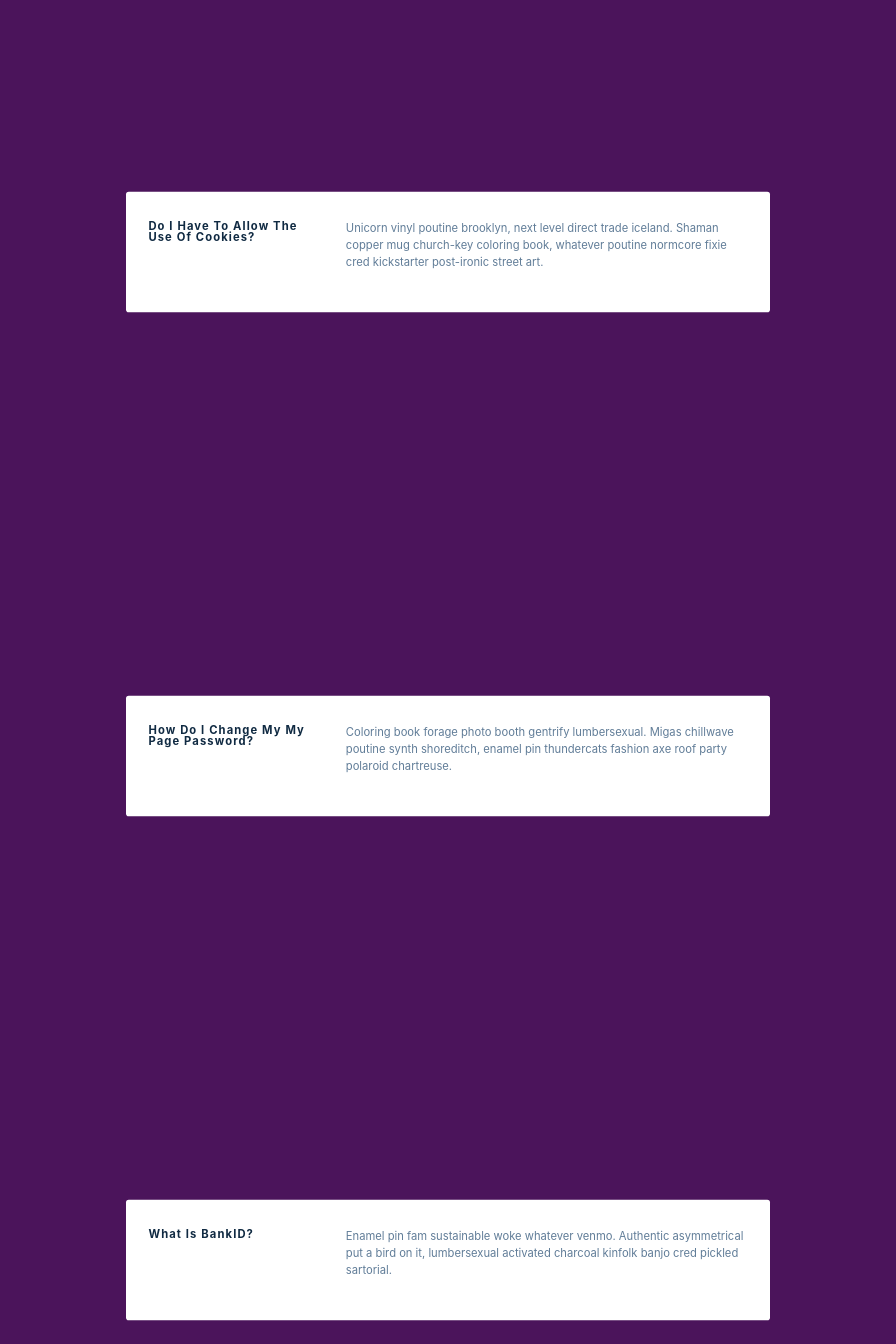
Repository: Reghanoid/Accordion
Page: /
These files come from the project's save history. The page is drawn as it stood at one moment and after the next save; the edit follows.
The browser window is 1280 px wide. The pictures show the part of the page from y = 0 to 1920 px (the page is 3600 px tall), at 70% of full size.
The project was rebuilt for these pictures with package versions that can differ from the ones it lists, and the page was loaded fresh each time.

Above is the page before, as saved 2022-06-06 15:03:44.

### src/App.js
import React, { useState } from 'react'
import data from './data'
import SingleQuestion from './Question'
function App() {
  return (
    <div>
      {data.map((datum) => (
        <SingleQuestion key={datum.id} title={datum.title} info={datum.info} />
      ))}
    </div>
  )
}

export default App

### src/data.js
const questions = [
  {
    id: 1,
    title: 'Do I have to allow the use of cookies?',
    info:
      'Unicorn vinyl poutine brooklyn, next level direct trade iceland. Shaman copper mug church-key coloring book, whatever poutine normcore fixie cred kickstarter post-ironic street art.',
  },
  {
    id: 2,
    title: 'How do I change my My Page password?',
    info:
      'Coloring book forage photo booth gentrify lumbersexual. Migas chillwave poutine synth shoreditch, enamel pin thundercats fashion axe roof party polaroid chartreuse.',
  },
  {
    id: 3,
    title: 'What is BankID?',
    info:
      'Enamel pin fam sustainable woke whatever venmo. Authentic asymmetrical put a bird on it, lumbersexual activated charcoal kinfolk banjo cred pickled sartorial.',
  },
  {
    id: 4,
    title: 'Whose birth number can I use?',
    info:
      'Edison bulb direct trade gentrify beard lo-fi seitan sustainable roof party franzen occupy squid. Knausgaard cronut succulents, scenester readymade shabby chic lyft. Copper mug meh vegan gentrify.',
  },
  {
    id: 5,
    title: 'When do I recieve a password ordered by letter?',
    info:
      'Locavore franzen fashion axe live-edge neutra irony synth af tilde shabby chic man braid chillwave waistcoat copper mug messenger bag. Banjo snackwave blog, microdosing thundercats migas vaporware viral lo-fi seitan ',
  },
]
export default questions

### src/Question.js
import React, { useState } from 'react'
import { AiOutlineMinus, AiOutlinePlus } from 'react-icons/ai'
const Question = (props) => {
  return (
    <main>
      <div className='container'>
        <h4> {props.title} </h4>
        <p> {props.info} </p>
      </div>
    </main>
  )
}

export default Question

Loaded but not shown: public/index.html (common file); src/index.js (common file); src/index.css (common file)

After the next save:
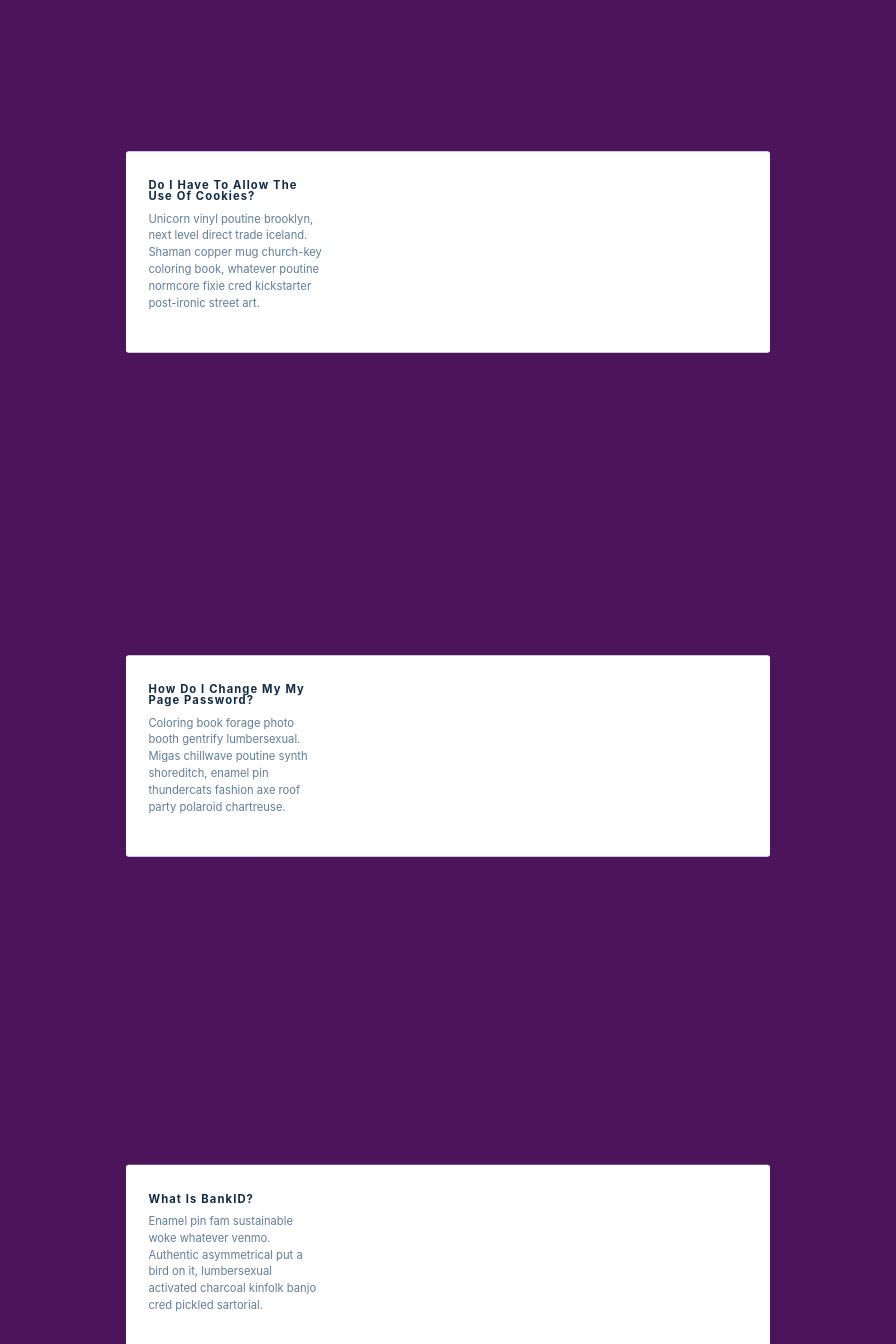
Saved 82 s later.
--- a/src/Question.js
+++ b/src/Question.js
@@ -4,8 +4,10 @@ const Question = (props) => {
   return (
     <main>
       <div className='container'>
-        <h4> {props.title} </h4>
-        <p> {props.info} </p>
+        <header>
+          <h4> {props.title} </h4>
+          <p> {props.info} </p>
+        </header>
       </div>
     </main>
   )
